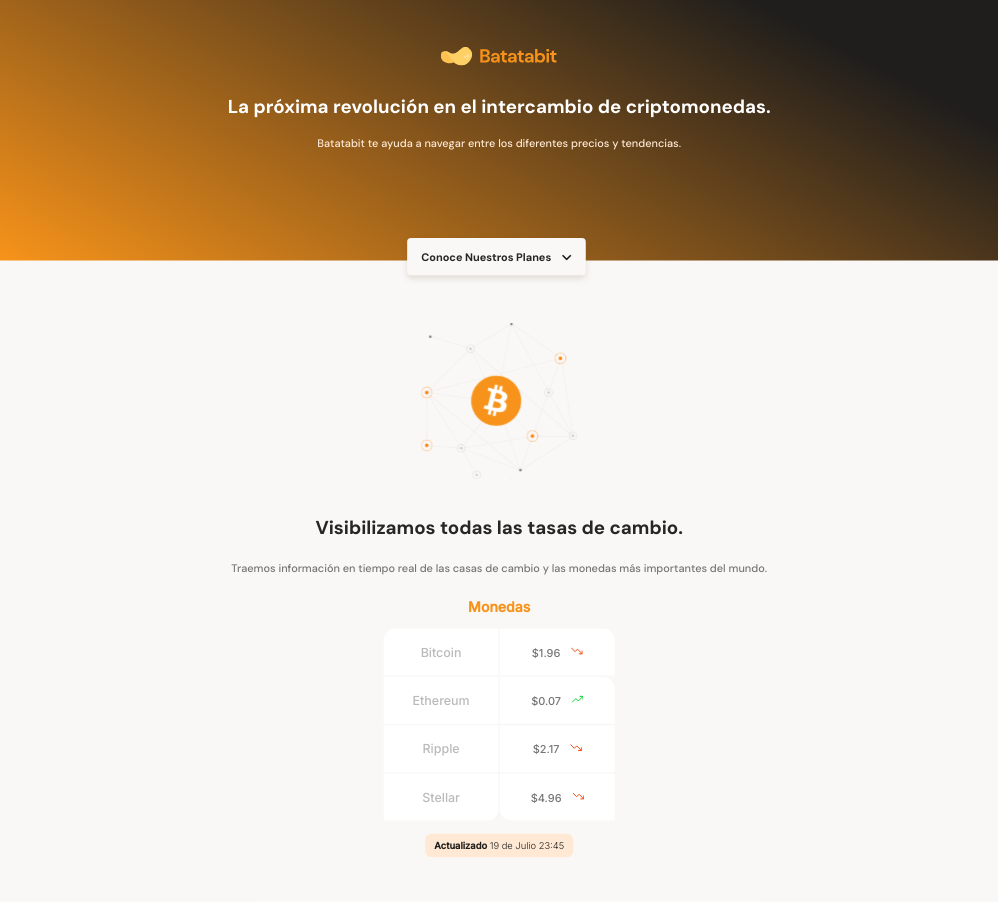
Repository: ChristianGecchelin/spa-full-css-html
Page: index.html
The author's editor kept a copy of each file at every save. The page is drawn from the files as they stood at one save, then again after the next save.
The browser window is 1280 px wide. The pictures show the whole page, at 78% of full size.

Above is the page before, as saved 2021-11-29 18:23:06.

### index.html
<!DOCTYPE html>
<html lang="en">
  <head>
    <meta charset="UTF-8" />
    <meta http-equiv="X-UA-Compatible" content="IE=edge" />
    <meta name="viewport" content="width=device-width, initial-scale=1.0" />
    <title></title>
    <link rel="preconnect" href="https://fonts.googleapis.com" />
    <link rel="preconnect" href="https://fonts.gstatic.com" crossorigin />
    <link
      href="https://fonts.googleapis.com/css2?family=DM+Sans:wght@400;500;700&family=Inter:wght@300;500&display=swap"
      rel="stylesheet"
    />
    <link rel="stylesheet" href="./styles/styles.css" />
  </head>
  <!-- shift+alt+A para comentar -->
  <body>
    <header>
      <!-- Las etiquetas principales no necesitan ponerle clase porque solo hay una en el archivo -->
      <img src="./assets/img/logo.svg" alt="logo" />
      <div class="header--title-container">
        <h1>La próxima revolución en el intercambio de criptomonedas.</h1>
        <p>
          Batatabit te ayuda a navegar entre los diferentes precios y
          tendencias.
        </p>
        <a class="header--button" href=""
          >Conoce Nuestros Planes <span></span
        ></a>
      </div>
    </header>
    <main>
      <section class="main-exchange-container">
        <div class="backgroundImg"></div>
        <div class="main-exchange-container--title">
          <h2>Visibilizamos todas las tasas de cambio.</h2>
          <p>
            Traemos información en tiempo real de las casas de cambio y las
            monedas más importantes del mundo.
          </p>
        </div>
        <section class="main-tables-container">
          <!-- creo otra seccion porque tengo mucha información para mostrar -->
          <div class="main-currency-table">
            <p class="currency-table--title">Monedas</p>
            <div class="currency-table--container">
              <table>
                <tr>
                  <!-- table row --><!-- table data, info de la tabla -->
                  <td class="table__top-left">Bitcoin</td>
                  <td class="table__top-right table__right">
                    $1.96 <span class="down"></span>
                  </td>
                </tr>
                <tr>
                  <td>Ethereum</td>
                  <td class="table__top-right table__right">
                    $0.07 <span class="up"></span>
                  </td>
                </tr>
                <tr>
                  <td>Ripple</td>
                  <td class="table__right">$2.17 <span class="down"></span></td>
                </tr>
                <tr>
                  <td class="table__bottom-left">Stellar</td>
                  <td class="table__bottom-right table__right">
                    $4.96 <span class="down"></span>
                  </td>
                </tr>
              </table>
            </div>
            <div class="currency-table--date">
              <p><b>Actualizado</b> 19 de Julio 23:45</p>
            </div>
          </div>
        </section>
      </section>
      <section></section>
      <section></section>
      <section></section>
    </main>
    <footer></footer>
  </body>
</html>

### styles/styles.css
/* shift+alt+A para comentar */
/*  1° estilos relacionados a posicionamiento
    2° Modelo de caja (box model width height lo que da dimensión)
    3° Tipografías
    4° Visuales (sombras)
    5° Otros */
:root {
  /* colores (creo variables para no andar buscando los codigos */
  --bitcoin-orange: #f7931a;
  --soft-orange: #ffe9d5;
  --secondary-blue: #1a9af7;
  --soft-blue: #e7f5ff;
  --warm-black: #201e1c;
  --black: #282623;
  --grey: #bababa;
  --off-white: #faf8f7;
  --just-white: #fff;
}
* {
  box-sizing: border-box;
  margin: 0;
  padding: 0;
}
html {
  font-size: 62.5%;
  font-family: "DM Sans", sans-serif;
}
header {
  position: relative;
  display: flex;
  flex-direction: column;
  justify-content: center;
  width: 100%;
  min-width: 320px; /* dimensión más chica en moviles */
  height: 334px;
  text-align: center;
  background: linear-gradient(
    207.8deg,
    #201e1c 16.69%,
    #f7931a 100%
  ); /* el fondo con gradiente */
}
header img {
  width: 150px;
  height: 24px;
  margin-top: 60px;
  align-self: center; /* alineo al hijo (el padre debe tener flex) este caso es alineado horizontal porque el flex-direction es column */
}
.header--title-container {
  width: 90%; /* ocupa el 90% entre 288 y 900px */
  min-width: 288px;
  max-width: 900px;
  height: 218px;
  margin-top: 40px;
  text-align: center;
  align-self: center; /* centro el contenedor */
}
.header--title-container h1 {
  font-size: 2.4rem;
  font-weight: 700;
  line-height: 2.6rem;
  color: var(
    --just-white
  ); /* llamo la variable que cree en root para los colores */
}
.header--title-container p {
  margin-top: 25px;
  font-size: 1.4rem;
  font-weight: 500;
  line-height: 1.8rem;
  color: var(--soft-orange);
}
.header--title-container .header--button {
  position: absolute;
  top: 270px;
  left: calc(
    50% - 118px
  ); /* es importante dejar espacios entre el signo menos y los valores */
  display: block;
  margin-top: 35px;
  padding: 15px;
  width: 229px;
  height: 48px;
  background-color: var(--off-white);
  font-size: 1.4rem;
  font-weight: 700;
  text-decoration: none;
  color: var(--black);
  /* sombras */
  box-shadow: 0px 4px 8px rgba(89, 73, 30, 0.16);
  border: none;
  border-radius: 5px;
}
.header--button span {
  display: inline-block;
  width: 13px;
  height: 8px;
  margin-left: 10px;
  background-image: url(../assets/icons/down-arrow.svg);
}
main {
  width: 100%;
  height: auto;
  background-color: var(--off-white);
  min-width: 320px;
}
.main-exchange-container {
  width: 100%;
  height: auto;
  padding-top: 80px;
  padding-bottom: 30px;
  text-align: center;
}
.main-exchange-container--title {
  width: 90%;
  min-width: 288px;
  max-width: 900px;
  margin: 0 auto;
}
.main-exchange-container .backgroundImg {
  /* le tengo que dar dimensiones porque en el html la imagen no existe */
  width: 200px;
  height: 200px;
  margin: 0 auto;
  margin-bottom: 50px;
  background-image: url(../assets/img/Bitcoin.svg);
  background-size: cover;
  background-position: center;
  background-repeat: no-repeat; /* con estas propiedades de background garantizo que la imagen siempre va a estar centrada y que ocupe el espacio correcto */
}
.main-exchange-container h2 {
  margin-bottom: 30px;
  font-size: 2.4rem;
  font-weight: 700;
  line-height: 2.6rem;
  color: var(--black);
}
.main-exchange-container p {
  margin-bottom: 30px;
  font-size: 1.4rem;
  font-weight: 500;
  line-height: 1.6rem;
  color: #757575;
}
.main-currency-table {
  width: 70%;
  min-width: 235px;
  max-width: 500px;
  height: 360px;
  margin: 0 auto;
  font-family: "inter", "sans-serif";
}
.main-currency-table .currency-table--title {
  margin-bottom: 15px;
  font-size: 1.8rem;
  font-weight: bold;
  line-height: 2.3rem;
  color: var(--bitcoin-orange);
}
.main-currency-table .currency-table--container {
  width: 90%;
  min-width: 230px;
  max-width: 300px;
  height: 250px;
  margin: 0 auto;
}
.currency-table--container table {
  width: 100%;
  height: 100%;
}
.currency-table--container td {
  width: 50%;
  font-size: 1.6rem;
  font-weight: 500;
  line-height: 1.9rem;
  color: var(--grey);
  background-color: var(--just-white);
}
.currency-table--container .table__top-left {
  border-radius: 15px 0 0 0;
}
.currency-table--container .table__top-right {
  border-radius: 0 15px 0 0;
}
.currency-table--container .table__bottom-left {
  border-radius: 0 0 15px 0;
}
.currency-table--container .table__bottom-right {
  border-radius: 0 0 0 15px;
}
.currency-table--container .table__right {
  font-size: 1.4rem;
  font-weight: normal;
  line-height: 1.7rem;
  color: #757575;
}
.currency-table--container .down {
  display: inline-block;
  width: 15px;
  height: 15px;
  margin-left: 10px;
  background-image: url(../assets/icons/trending-down.svg);
  background-size: cover;
  background-position: center;
  background-repeat: no-repeat;
}
.currency-table--container .up {
  display: inline-block;
  width: 15px;
  height: 15px;
  margin-left: 10px;
  background-image: url(../assets/icons/trending-up.svg);
  background-size: cover;
  background-position: center;
  background-repeat: no-repeat;
}
.currency-table--date {
  width: 190px;
  height: 30px;
  margin: 0 auto;
  margin-top: 15px;
  padding: 8px;
  background-color: var(--soft-orange);
  border-radius: 8px;
}
.currency-table--date p {
  font-size: 1.2rem;
  line-height: 1.5rem;
  color: var(--warm-black);
  font-weight: 300;
}

After the next save:
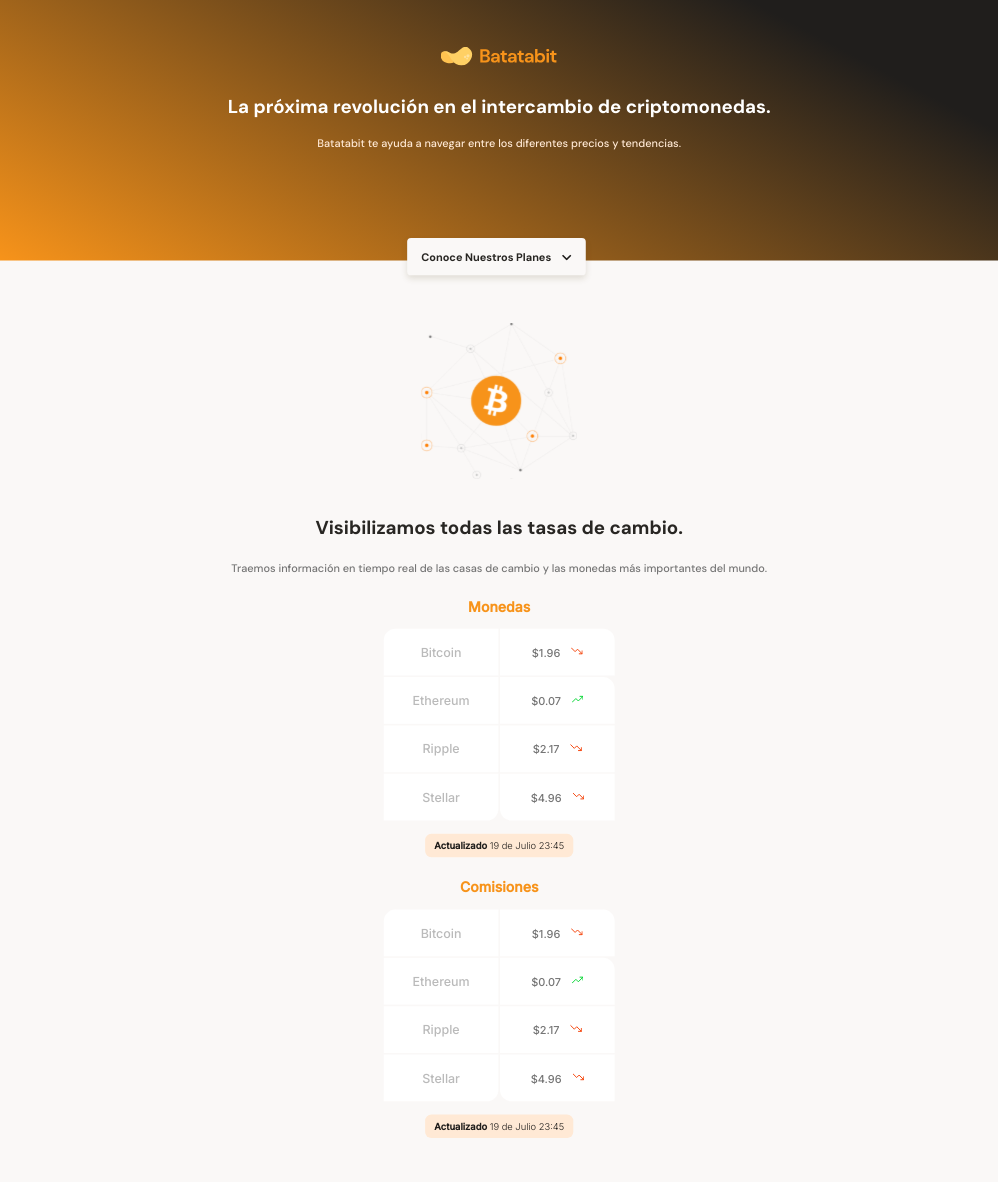
Saved 2 min 18 s later.
--- a/index.html
+++ b/index.html
@@ -74,6 +74,39 @@
               <p><b>Actualizado</b> 19 de Julio 23:45</p>
             </div>
           </div>
+          <div class="main-currency-table">
+            <p class="currency-table--title">Comisiones</p>
+            <div class="currency-table--container">
+              <table>
+                <tr>
+                  <!-- table row --><!-- table data, info de la tabla -->
+                  <td class="table__top-left">Bitcoin</td>
+                  <td class="table__top-right table__right">
+                    $1.96 <span class="down"></span>
+                  </td>
+                </tr>
+                <tr>
+                  <td>Ethereum</td>
+                  <td class="table__top-right table__right">
+                    $0.07 <span class="up"></span>
+                  </td>
+                </tr>
+                <tr>
+                  <td>Ripple</td>
+                  <td class="table__right">$2.17 <span class="down"></span></td>
+                </tr>
+                <tr>
+                  <td class="table__bottom-left">Stellar</td>
+                  <td class="table__bottom-right table__right">
+                    $4.96 <span class="down"></span>
+                  </td>
+                </tr>
+              </table>
+            </div>
+            <div class="currency-table--date">
+              <p><b>Actualizado</b> 19 de Julio 23:45</p>
+            </div>
+          </div>
         </section>
       </section>
       <section></section>
